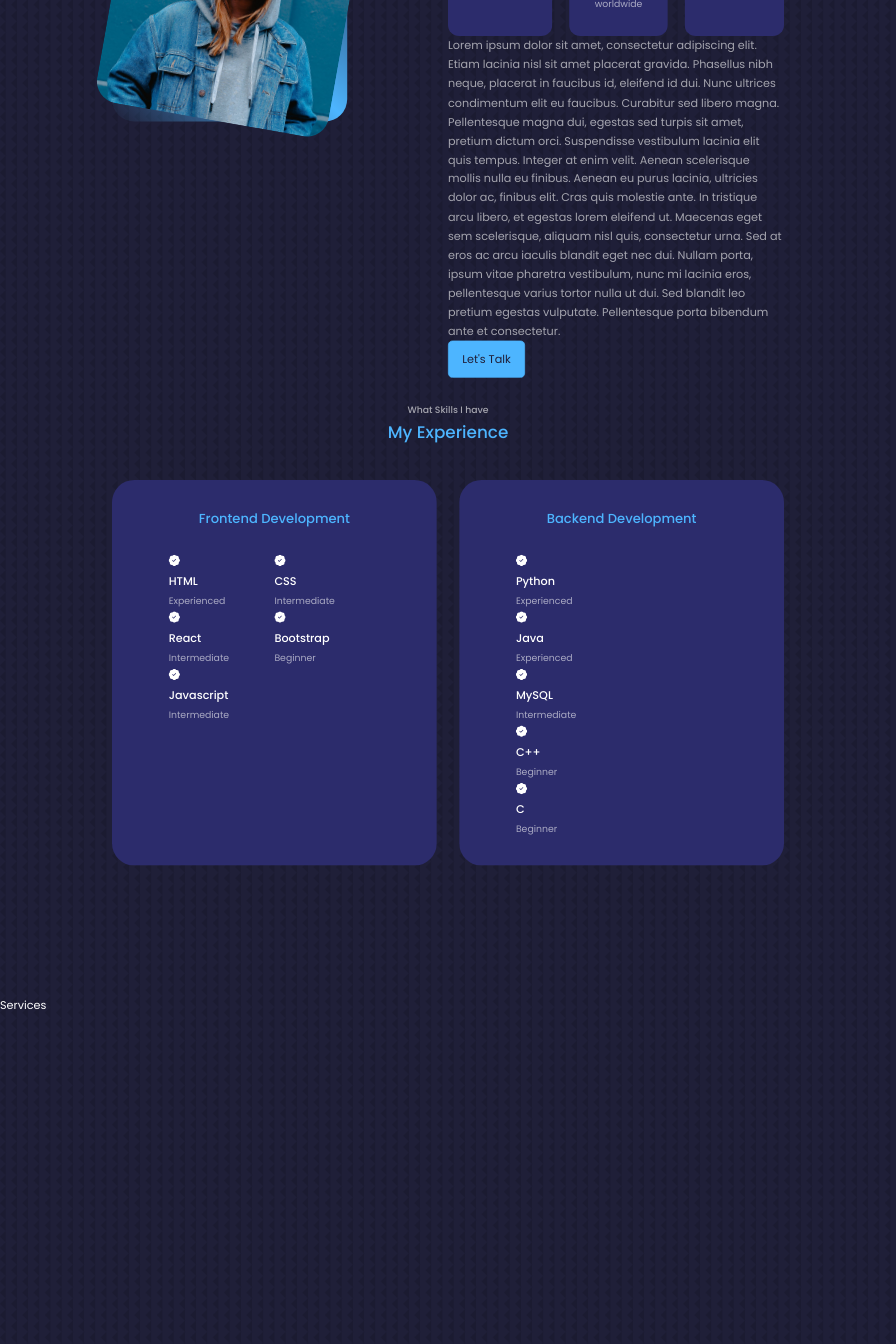
Repository: smallchungus/resumeWebsite
Page: / (app in hello/)
An editor plug-in stored every save of this project. The page is shown before and after the next save, followed by the edit.
The browser window is 1280 px wide. The pictures show the part of the page from y = 1122 to 3042 px (the page is 5835 px tall), at 70% of full size.
The project was rebuilt for these pictures with package versions that can differ from the ones it lists, and the page was loaded fresh each time. Also part of the build but not shown: hello/src/components/portfolio/portfolio.css, hello/src/components/contact/contact.css, hello/src/components/footer/footer.css. Imported but missing from the stored project, and not drawn on this page: hello/src/assets/cv.pdf.

Above is the page before, as saved 2023-03-23 19:08:39.

After the next save:
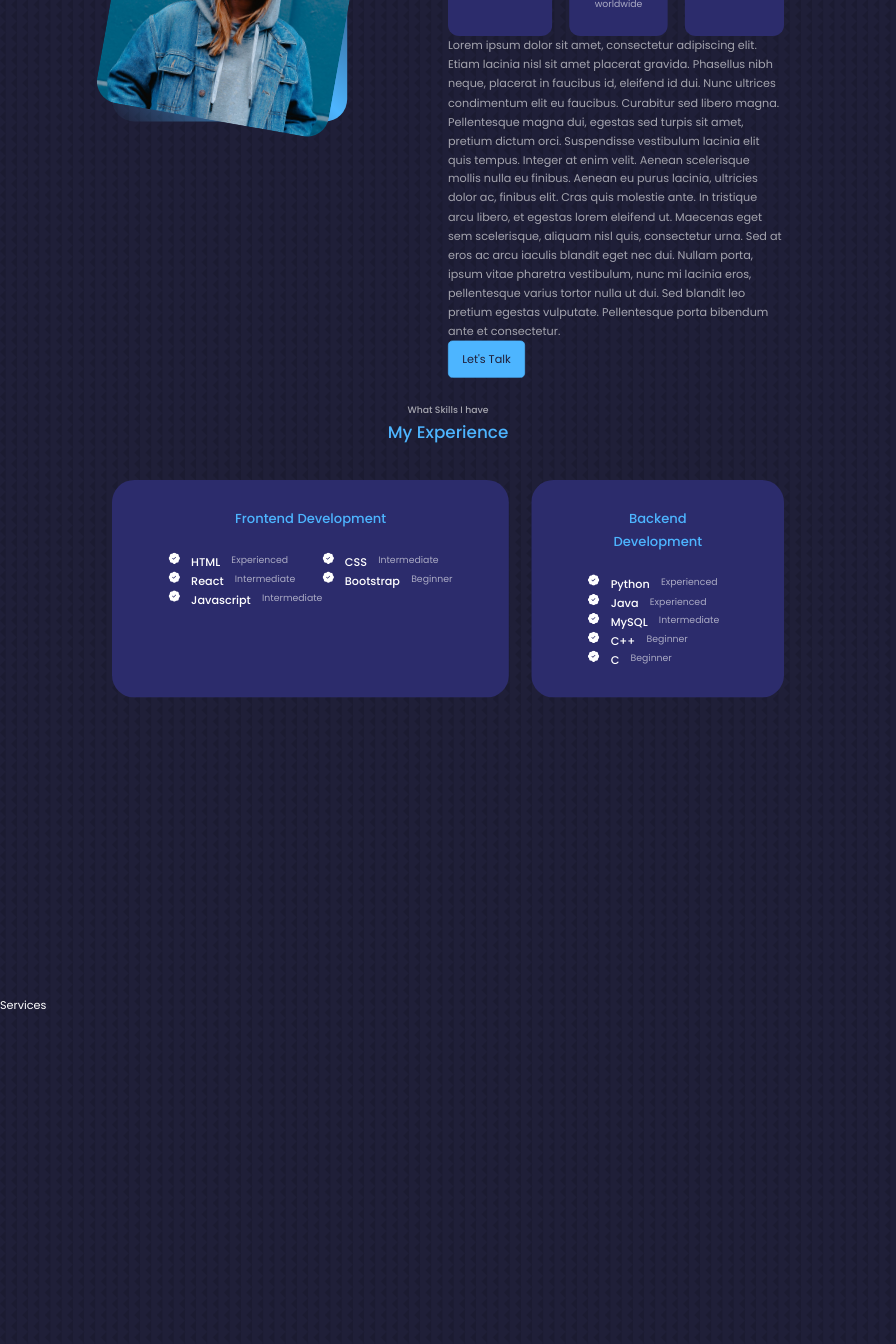
Saved 13 s later.
--- a/hello/src/components/experience/experience.css
+++ b/hello/src/components/experience/experience.css
@@ -28,3 +28,8 @@
     display: grid;
     grid-template-columns: 1fr 1fr;
 }
+
+.experience_details {
+    display: flex;
+    gap: 1rem;
+}
